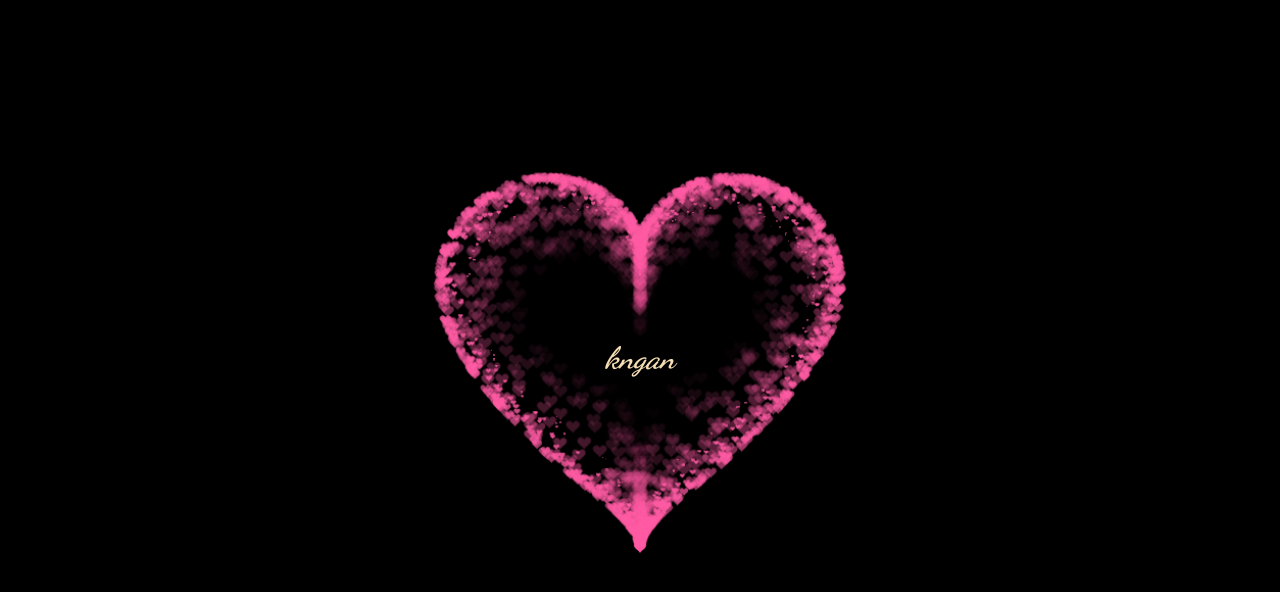
Repository: thaiduy1704/Heart
Page: index.html
These files come from the project's save history. The page is drawn as it stood at one moment and after the next save; the edit follows.
The browser window is 1280 px wide. The pictures show the whole page.

Above is the page before, as saved 2022-11-10 17:33:21.

After the next save:
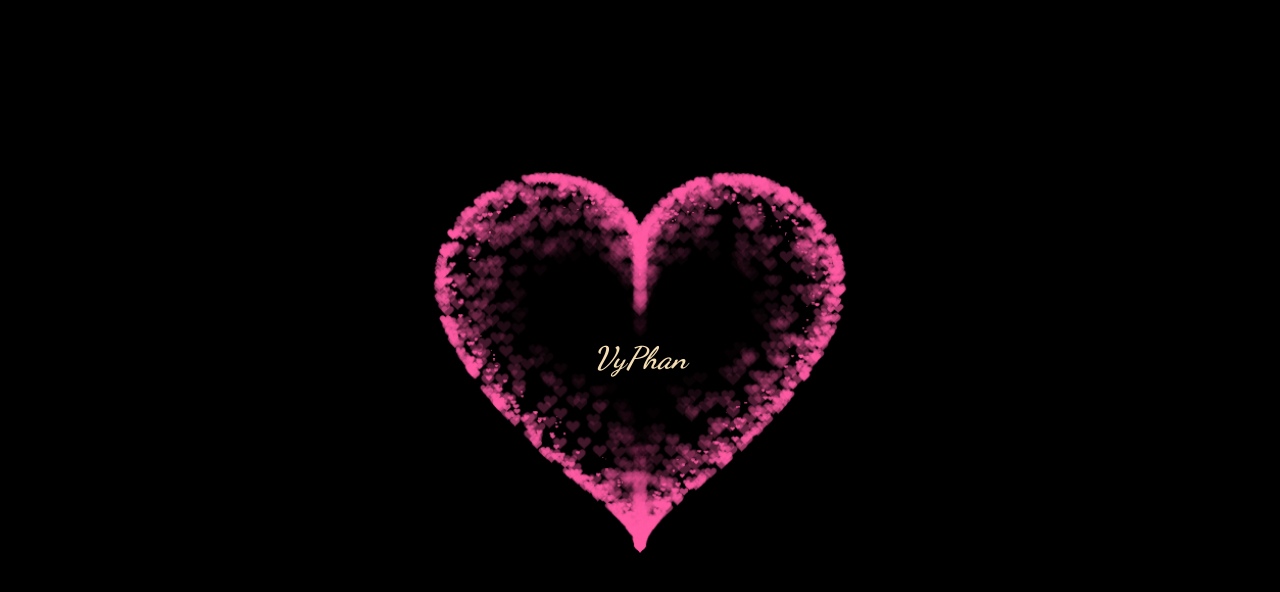
Saved 5 h 21 min later.
--- a/index.html
+++ b/index.html
@@ -335,7 +335,7 @@ var ParticlePool = (function() {
         align-items: center;
         justify-content: center;
         margin-bottom: 5px;
-        text-align: center;">kngan</div>
+        text-align: center;">VyPhan</div>
  </BODY>
 </HTML>
 <!-- color: rgb(225, 12, 168); -->
